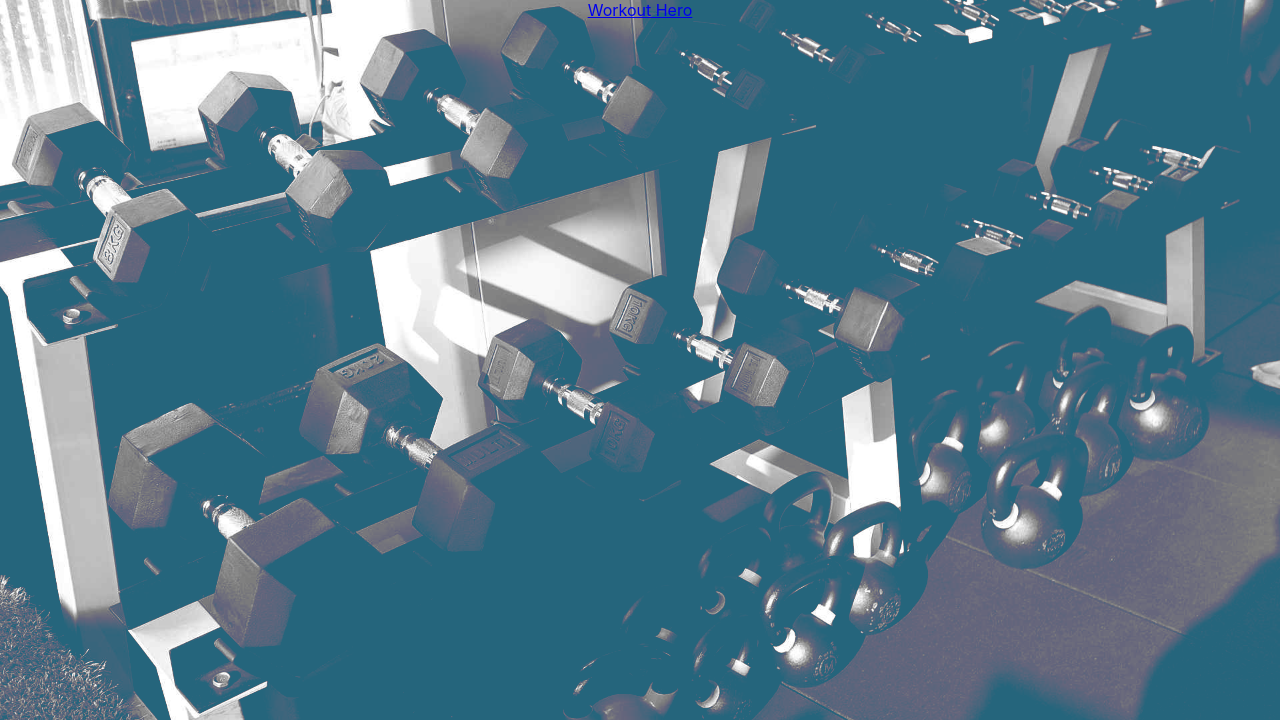
Repository: DevLuDaley/fe_react_workout_hero
Page: /
These files come from the project's save history. The page is drawn as it stood at one moment and after the next save; the edit follows.
The browser window is 1280 px wide. The pictures show the whole page.
The page's requests for data from a server got no answer. The project was rebuilt for these pictures with package versions that can differ from the ones it lists, and the page was loaded fresh each time. No one was signed in, and anything a server would have sent is missing. Also part of the build but not shown: webpack.config.js, src/actions/deleteRoutine.js, src/actions/deleteRoutineWorkout.js, src/components/RoutinesList.js, src/actions/addRoutine.js, src/forms/StyledSubmitBtns.js, src/forms/NewRoutineForm.js, src/forms/ModalNewRoutineForm.js and 12 more.

Above is the page before, as saved 2021-04-01 23:04:13.

### src/index.js
import React from 'react';
import ReactDOM from 'react-dom';
import './index.css';
import App from './App';
import reportWebVitals from './reportWebVitals';

import configureStore from './store/configureStore';
import { Provider } from 'react-redux'
import { BrowserRouter as Router } from 'react-router-dom';

const store = configureStore()

ReactDOM.render(
  <Provider store={store}>
  <Router><React.StrictMode>
  <App/>
  </React.StrictMode></Router>
  </Provider>,
  document.getElementById('root')
);

reportWebVitals();

### src/App.js
import React from 'react';
import './App.css';
import MainContainer from './containers/MainContainer'
import { Grid, Container } from '@material-ui/core';
import Header from '../src/components/Header'



function App() {
  return (
    // <Fragment>

      <Grid
        container
        direction="row"
        justify="center"
        alignItems="center"
        // border= '30px dashed rgb(248, 4, 65)'
        // backgroundColor='yellow'
      >
<Header/>
          <Container className="app-container">
            {/* APP CONTAINER */}
            <MainContainer id="main-container"/>
                {/* MAIN CONTAINER */}
          </Container>
      </Grid>

  );
}

export default App;

### src/store/configureStore.js
// import thunk from 'redux-thunk'

import { applyMiddleware, compose, createStore } from 'redux'
import thunkMiddleware from 'redux-thunk'
import { composeWithDevTools } from 'redux-devtools-extension'
// import mealsReducer from './mealsReducer'
import monitorReducersEnhancer from '../enhancers/monitorReducer'
import loggerMiddleware from '../middleware/logger'
import rootReducer from '../reducers/reducer'

export default function configureStore(preloadedState) {
  const middlewares = [loggerMiddleware, thunkMiddleware]
    //   const middlewares = [loggerMiddleware, thunk]
  const middlewareEnhancer = applyMiddleware(...middlewares)

  const enhancers = [middlewareEnhancer, monitorReducersEnhancer]
//   const composedEnhancers = compose(...enhancers)
  const composedEnhancers = composeWithDevTools(...enhancers)

  const store = createStore(rootReducer, preloadedState, composedEnhancers)

  if (process.env.NODE_ENV !== 'production' && module.hot) {
    module.hot.accept('../reducers/reducer', () => store.replaceReducer(rootReducer))
  }

  return store
}

### src/App.css
/* * { */
    /* margin: auto; */
    /* box-sizing: border-box; */

/* } */

body {
    /* border: 10px dashed rgb(248, 4, 65); */
    background-image: url('./styles/static/free-weights-gym-equipment.jpg');
    background-repeat: no-repeat,
      repeat;
    /* background-size: 3500px 2500px; */
    background-size: cover;
    background-color: #25657c;
  /* background-color: #44798c97; */
    background-blend-mode: lighten;
  /* background-blend-mode:color; */
  /* padding: 10px; */
  /* margin: 50px; */
    background-attachment: fixed;
    background-position: center;
    /* display: grid; */
    /* grid-template-columns: 1fr 1fr 1fr; */
}

.app-container {
    /* border: 10px dashed rgb(32, 4, 248); */
    /* position: absolute; */
  /* top: 50%; */
  /* left: 15%; */
    width: auto;
    height: auto;
  /* margin: -100px 0 0 -100px; */
  /* background-image: url('./styles/static/free-weights-gym-equipment.jpg'); */
    /* display: grid; */
    /* display: inline-grid; */
      /* grid-template-columns: 120px 120px 250px ; */
      /* grid-template-rows: auto auto auto auto ; */
    opacity: 95%;
    /* grid-gap: 5px 5px; */

    /* height: auto; */
    /* width: 1500px; */
    /* grid-template-columns: 1fr 1fr 1fr; */
    /* grid-template-rows: auto; */
    background: rgba(114, 186, 94, 0.05);
    /* background: rgba(161, 10, 55, 0.507); */
    /* background-attachment: fixed;
    background-position: center; */
}

/* #main-container { */
    /* padding: 250px;
    margin: 500px;
    height: auto;
    width: auto; */
    /* background: rgb(44, 22, 66); */
      /* background-color: rgba(255, 192, 203, 0.11); */

    /* opacity: 95%; */
    /* grid-gap: 50px; */
    /* border: 10px dashed rgba(8, 230, 93, 0.996); */
/* } */

/* .btns-all { */

/* } */

/* #btn-toggle-forms { */
    /* height: 15px;
    width: 100px; */
/* } */

#comp-routines-page {
  /* border: 10px dashed rgba(21, 207, 99, 0.544); */
  margin-top: 75px;
}

#page-workout-detail {
/* margin-top: 75px; */
/* border: 10px dashed rgba(215, 230, 8, 0.996); */
margin: 75px;
}

/* #routine-workout-cards { */
  /* display: grid; */
  /* display: grid; */
  /* grid-template-columns: 500px 500px; */
  /* grid-template-rows: 500px 500px; */
  /* justify-content: space-evenly; */
  /* column-gap: 10px; */
  /* border: 10px dashed rgba(230, 115, 8, 0.996); */
/* } */

#workout-detail-workout-name{
  font-size: 22px;
  background-color: #8728e551;
}


/* #workout-card { */
  /* display: grid; */
   /* border: 10px dashed rgb(23, 173, 106); */
  /* display: grid; */
  /* grid-template-columns: 500px ; */
  /* justify-content: space-evenly; */
  /* column-gap: 10px; */
/* } */


#routine-detail-workout-name {
  font-size: 22px;
  background-color: #b881f051;
}

#workoutlist-workout-info {
      /* background-color: rgba(255, 192, 203, 0.11); */
      /* display: grid; */
      /* border: 10px dashed rgb(232, 145, 30); */
      /* padding: 2%; */
       /* justify-content: space-evenly; */
       /* justify-content: space-around; */
       /* justify-content: center; */
         /* align-content: center; */
         /* text-align: center; */
         /* grid-template-columns: auto auto auto auto;  */
         /* grid-template-columns: 300px ;  */

           /* grid-template-areas:  */
    /* 'data data data data btn-edit btn-delete'; */
  /* grid-column-gap: 10px; - if you want gap between the columns */

}

#workout-info {
  /* background-color: #d5b9f029; */
  font-size: 17px;
  color:rgba(40, 15, 4, 0.737);
  font-weight: bold;
  text-align: center;
  /* background-color: rgba(226, 226, 132, 0.75); */
  display: grid;
  padding: 1%;
  /* grid-template-columns: auto auto auto auto auto auto auto auto; */
  /* justify-content: space-evenly;2 */
}

/* .routine-detail-page-btn{ */
  /* background:violet; */
  /* max-width: 80px; */
  /* max-height: 80px; */
    /* grid-row: 3 / 3; */
  /* width: auto; */
           /* grid-column: 1 / 3;
            */
              /* grid-column: 1 / span 1; */

/* } */

#wrapper-btns-routine-workout {
  /* border: 10px dashed rgba(11, 224, 68, 0.822); */
  background-color: #8728e551;
  /* opacity: 80%; */
  display: grid;
  /* padding: 5%; */
  grid-template-columns: 120px 120px;
  justify-content: space-evenly;
}

#wrapper-btn-delete-workout {
        /* border: 10px dashed rgba(224, 206, 11, 0.822); */
        /* background-color: #8728e551; */
          background-color: #8728e551;
        /* opacity: 80%; */
        display: grid;
        padding: 2%;
        grid-template-columns:auto;
        justify-content: space-evenly;
}

#routines-list {
  background-color: rgba(255, 192, 203, 0.11);
  display: grid;
  /* grid-template-columns: auto; */
  /* grid-template-columns: auto auto; */
  grid-template-columns: 650px;
  /* grid-template-rows: 250px; */
  /* grid-template-rows: auto; */
  padding: 30px;
          justify-content: space-evenly;

}

.workout-names {
  font-size: 17px;
  color:rgba(40, 15, 4, 0.737);
  font-weight: bold;
    padding: 50px;
    margin: 50px;
    height: auto;
    width: auto;
    padding-top: 50px;
    padding-bottom: 50px;
    /* background-color: rgba(114, 68, 156, 0.593); */
    /* background-color: rgba(100, 84, 115, 0.593); */
  /* /* display: grid;
    grid-template-columns: auto auto; */
}



/* .all-routine-edit-btns { */
    /* font-size: 13px; */
/* } */

.routine-names {
    /* color: rgba(222, 73, 85, 0.49); */
    color: rgb(55, 167, 204);
    font-size: 20px;
    text-align: left;
    display: grid;
    grid-template-columns: auto auto 50px;
    grid-template-rows: auto auto 10px;
    justify-content: space-evenly;

}

.routine-name-wrapper {
    /* background-color: rgb(10, 25, 43); */
    background-color: rgba(43, 10, 30, 0.713);
    display: grid;
    padding: 1px;
    margin: 3px;
    grid-column-gap: 1em;
    grid-template-columns: auto auto ;
    justify-content: space-evenly;
    opacity: 70%;
}

/* .routine-workout-block { */
    /* grid-template-columns: 25% 10px 10px auto;
    grid-template-rows: 25% auto; */
/* } */

.routine-workout-list {
    display: grid;
    /* display: none; */
    grid-template-columns: auto  ;
    /* grid-template-rows: auto auto auto auto auto; */
    padding: 2;
    border: 2px solid pink;
    border-radius: 5px;
    padding: 5px;

}


/* #routines-container { */
    /* background: rgb(45, 59, 87) */
/* } */


input {
       background: #b9aaaa61;
}

::placeholder { /* Chrome, Firefox, Opera, Safari 10.1+ */
  color: black;
  opacity: 1; /* Firefox */
}

:-ms-input-placeholder { /* Internet Explorer 10-11 */
  color: black;
}

::-ms-input-placeholder { /* Microsoft Edge */
  color: black;
}

.hidden {
    display: none;
}
/*
.shown {
    display: block;
    margin-left: auto;
    margin-right: auto;
    opacity: 0.87; */
/* } */

.delete-workout-link {
    color: red;
}

.workout-list {
    background-color: #25657c;
}

#new-routine-container {
    background-color: rgb(44, 22, 66);
}

#new-routine-form>label {
    /* color: rgb(139, 139, 89); */
    /* color: darkmagenta; */
    color: rgba(139, 0, 139, 0.685);
    /* color: rgba(238, 69, 196, 0.452);; */
}

#new-routine-form {
  /* margin:auto; */
    /* text-align: center; */
    display: grid;
    grid-template-columns: auto 180px auto 240px;
}

.input-text {
    background-color: #25657c;
    color: rgb(87, 31, 40);
}

#app-title {
    color: rgb(55, 167, 204);
    font-size: 30px;
    /* position: center; */
    text-align: center
}

.edit-forms {
    padding: 10px;
    border: 2px dotted rgb(27, 44, 27);
    border-radius: 5px;
}

.edit-btns {
  /* background-color: #008bbaa7; Green */
  /* background-color: #05728ac4; Green */
  background-color: #1495b2cb; /* Green */
  border: none;
  color: white;
  padding: 15px 32px;
  text-align: center;
  text-decoration: none;
  display: inline-block;
  font-size: 12px;
  padding: 10px 24px;
  border-radius: 12px;
  /* transition-duration: 0.4s; */
  transition: background 0.4s ease-in-out;
  /* box-shadow: 0 12px 16px 0 rgba(0,0,0,0.24),0 17px 50px 0 rgba(0,0,0,0.19); */
}

.edit-btns:hover {
    background-color: #0abee7db; /* Green */
  /* background-color: #05728ac4; Green */
  /* background-color: #36c4b6c4; Green */
  /* background-color: #96a3965a; Green */
  color: white;
}


.delete-btns {
  background-color: #be615ab8;
  border: none;
  color: white;
  padding: 15px 32px;
  text-align: center;
  text-decoration: none;
  display: inline-block;
  font-size: 12px;
  padding: 10px 24px;
  border-radius: 12px;
  /* transition-duration: 0.4s; */
  transition: background 0.4s ease-in-out;
  /* opacity: .75; */
  /* box-shadow: 0 12px 16px 0 rgba(0,0,0,0.24),0 17px 50px 0 rgba(0,0,0,0.19); */
}

.delete-btns:hover {
  /* background-color: #ff291aa9; */
  /* background-color: #d11e12b3;*/
  background-color: #f2483cc4;
  color: white;
  opacity: 1
}


.submit-btns {
  /* background-color: #77d78fbc; */
  background-color: rgba(139, 0, 139, 0.507);
  border: none;
  color: white;
  padding: 15px 32px;
  text-align: center;
  text-decoration: none;
  display: inline-block;
  font-size: 12px;
  padding: 10px 24px;
  border-radius: 12px;
  transition-duration: 0.4s;
  transition: background 0.4s ease-in-out;
  /* box-shadow: 0 12px 16px 0 rgba(0,0,0,0.24),0 17px 50px 0 rgba(0,0,0,0.19); */
}

.submit-btns:hover {
  background-color: rgba(204, 7, 204, 0.616);

  /* background-color: #41f26dcb; */
  /* background-color: #d11e12b3; */
  color: white;
}


.floating-nav-btns {
  /* background-color: #d7ca779c; */
  /* background-color: #f4e1d2; */
  /* background-color: #618685; */
  background-color: #a27ec6e4;
  border: none;
  color: white;
  padding: 15px 32px;
  text-align: center;
  text-decoration: none;
  display: inline-block;
  font-size: 12px;
  padding: 10px 24px;
  border-radius: 12px;
  transition-duration: 0.4s;
  transition: background 0.4s ease-in-out;
  /* box-shadow: 0 12px 16px 0 rgba(0,0,0,0.24),0 17px 50px 0 rgba(0,0,0,0.19); */
}



.floating-nav-btns:hover {
  /* background-color: #f7e255a9; */
  /* background-color: #43bcb8da; */
  background-color: #b076eb;
  /* background-color: #d11e12b3; */
  color: white;
}

.routine-workout-name-block{
  background-color: #bda5d5be;
    /* grid:  ; */
      float: center;
  /* width: 50%; */
  /* height: 25%; */
  padding: 10px;
  margin: 5px;
  text-align: center;
  display: grid;
    grid-template-columns: 80px 200px 80px;
}

.delete-workout{
    /* position: relative; */
    float: center;
  /* right: 190px; */
    /* center: 0px; */
    /* width: 300px; */
  /* border: 3px solid #73AD21; */
  /* padding: 10px; */
}

.workout-page-floating-links{
    display: grid;
    grid-template-columns: 40px 240px auto;

    /* grid-column-gap: 50px; */
      /* grid-gap: 50px 100px; */

    /* padding: 10px; */
    /* margin: 200px; */

    /* width: 25%;
  float: left; */
}

.routine-detail-page{
    display: grid;
    /* grid-template-columns: 80px 240px auto 40px; */
    padding: 50px;
    /* margin: 50px; */
    position: relative;
  }

    /* #update-routine-form{ */
    /* position: relative; */
    /* display: grid; */
    /* grid-template-columns: 10px 220px 220px; */
/* } */

#new-routine-workout-form {
    /* text-align: center; */
    display: grid;
    grid-template-columns: auto 170px auto 170px auto 170px auto 170px 130px;
}

#update-workout-form {
    /* text-align: center; */
    display: grid;
    grid-template-columns: auto 170px auto 170px auto 170px auto 170px 130px;
}

### src/containers/MainContainer.js
import React, { Component } from 'react';
// import {Route, Switch} from 'react-router-dom'

import {  Box } from '@material-ui/core';


import RoutinesContainer from './RoutinesContainer'
import WorkoutsContainer from './WorkoutsContainer'
import Header from '../components/Header'


class MainContainer extends Component {
    // constructor(props) {
    //     super(props);
    // }
    render() {
        return (
            <Box>

                {/* <Header/> */}
                <RoutinesContainer routines={this.props.routines}/>
                {/* ROUTINES CONTAINER */}

                <WorkoutsContainer routines={this.props.workouts}/>
                {/* WORKOUTS CONTAINER */}

            </Box> );

    }
}
export default MainContainer;

### src/components/Header.js
import React from 'react';
import { Switch, Link } from 'react-router-dom'
import ModalNewRoutineForm from '../forms/ModalNewRoutineForm'
const Header = () => {
    return (
        <>
        <div className="header">
          <a href="/" className="logo">Workout Hero</a>
          <div className="header-right">
            {/* <a class="active" href="#home">Home</a>
            <a href="#contact">Contact</a>
            <a href="#about">About</a> */}

             {/* <Switch>
                <Link
                    to={'/routines'}>
                    <button
                        className='floating-nav-btns'> Return to Routines
                    </button>
                </Link>
            </Switch> */}



          {/* <ModalNewRoutineForm/> */}
          </div>
        </div>
        </>
      );
}
export default Header;

### src/enhancers/monitorReducer.js
const round = number => Math.round(number * 100) / 100

const monitorReducerEnhancer = createStore => (
  reducer,
  initialState,
  enhancer
) => {
  const monitoredReducer = (state, action) => {
    const start = performance.now()
    const newState = reducer(state, action)
    const end = performance.now()
    const diff = round(end - start)

    console.log('reducer process time:', diff)

    return newState
  }

  return createStore(monitoredReducer, initialState, enhancer)
}

export default monitorReducerEnhancer

### src/reducers/reducer.js
import { combineReducers } from 'redux';
import routinesReducer from './routinesReducer'
import workoutsReducer from './workoutsReducer'

const rootReducer = combineReducers({
    routinesReducer, workoutsReducer
})

export default rootReducer

### src/actions/fetchRoutines.js
export function fetchRoutines() {
    // ! thunk allows us to use dispatch here
    // ! bring in dispatch so that we can async if not the connect will handle synchronously

    // const WH_URL = process.env.REACT_APP_WH_URL;
    const WH_URL = process.env.REACT_APP_WH_URL;
    // console.log('🚀 ~ file: fetchRoutines.js ~ line 7 ~ fetchRoutines ~ WH_URL', WH_URL);

    // console.log('🚀 ~ file: fetchRoutines.js ~ line 7 ~ fetchRoutines ~ process.env', process.env);
    // const REACT_APP_NOT_SECRET_CODE = process.env.REACT_APP_NOT_SECRET_CODE
    // fetch('https://be-hoop-drills.herokuapp.com/api/v1/routines'
    return(dispatch) => {
        // fetch('http://localhost:3000/api/v1/routines',
        // fetch('https://be-workout-hero.herokuapp.com/api/v1/routines',
        // fetch('https://be-workout-hero2.herokuapp.com/api/v1/routines',
        fetch(`${WH_URL}/api/v1/routines`,
        {
            headers: {
                "Content-Type": "application/json",
                "Accept": "application/json"
            },
        })
        .then(resp => resp.json())
        .then(data => dispatch({
            type: 'FETCH_ROUTINES', payload: data
        }))
    }

// .then(jsonResponse =>
//   console.log('App -> componentDidMount -> jsonResponse', jsonResponse))
}

// return action.payload
// export fetchRoutines

### src/actions/fetchWorkouts.js
export function fetchWorkouts() {
    const WH_URL = process.env.REACT_APP_WH_URL;

    return(dispatch) => {
        // fetch('https://be-hoop-drills.herokuapp.com/api/v1/workouts'
        // fetch('http://localhost:3000/api/v1/workouts',
        // fetch('https://be-workout-hero2.herokuapp.com/api/v1/workouts',
        fetch(`${WH_URL}/api/v1/workouts`,
        {
            headers: {
                "Content-Type": "application/json",
                "Accept": "application/json"
            },
        })
        .then(resp => resp.json())
        .then(data => dispatch({
            type: 'FETCH_WORKOUTS', payload: data
        }))
    }

// .then(jsonResponse =>
//   console.log('App -> componentDidMount -> jsonResponse', jsonResponse))
}

// return action.payload
// export fetchWorkouts

### src/containers/RoutinesPage.js
import React, { Component } from 'react'

import Container from '@material-ui/core/Container';


import RoutinesList from '../components/RoutinesList';
import NewRoutineForm from '../forms/NewRoutineForm';
// import Popup from 'reactjs-popup';
import ModalNewRoutineForm from '../forms/ModalNewRoutineForm'
// import 'reactjs-popup/dist/index.css';


class RoutinesPage extends Component {
    constructor(props) {
        // console.log('🚀 ~ file: RoutinesPage.js ~ line 11 ~ RoutinesPage ~ constructor ~ props', props);
        super(props)
        this.state = {routines: [], workouts: []}
    }

  render() {
            return (
            <>
                    {/* <OldRoutineForm routines={this.props.routines}/> */}
                <Container maxWidth="lg" id="component-routines-page">
                    {/* <ModalNewRoutineForm/> */}
                    {/* <Popup
                    trigger={
                        <button> Trigger</button>
                        }
                    position="left center"
                    >
                        <div>
                        <NewRoutineForm routines={this.props.routines}/>
                        </div>
                    </Popup> */}

                    {/* <NewRoutineForm routines={this.props.routines}/> */}

               <div id='container-all-routines'>
                    {
                        this.props.routines && this.props.workouts ?
                            <Container maxWidth="lg" id="routines-list">
                                <RoutinesList routines={this.props.routines} workouts={this.props.workouts}/>
                            </Container>
                        : null
                    }
               </div>
                </Container>
            </>
            );
    }
}
export default RoutinesPage;

Loaded but not shown: public/index.html (common file); src/index.css (common file); src/reportWebVitals.js (common file); src/middleware/logger.js (common file); src/reducers/routinesReducer.js (93 lines, source omitted); src/containers/WorkoutsContainer.js (100 lines, source omitted); src/reducers/workoutsReducer.js (52 lines, source omitted); src/containers/RoutinesContainer.js (71 lines, source omitted)

After the next save:
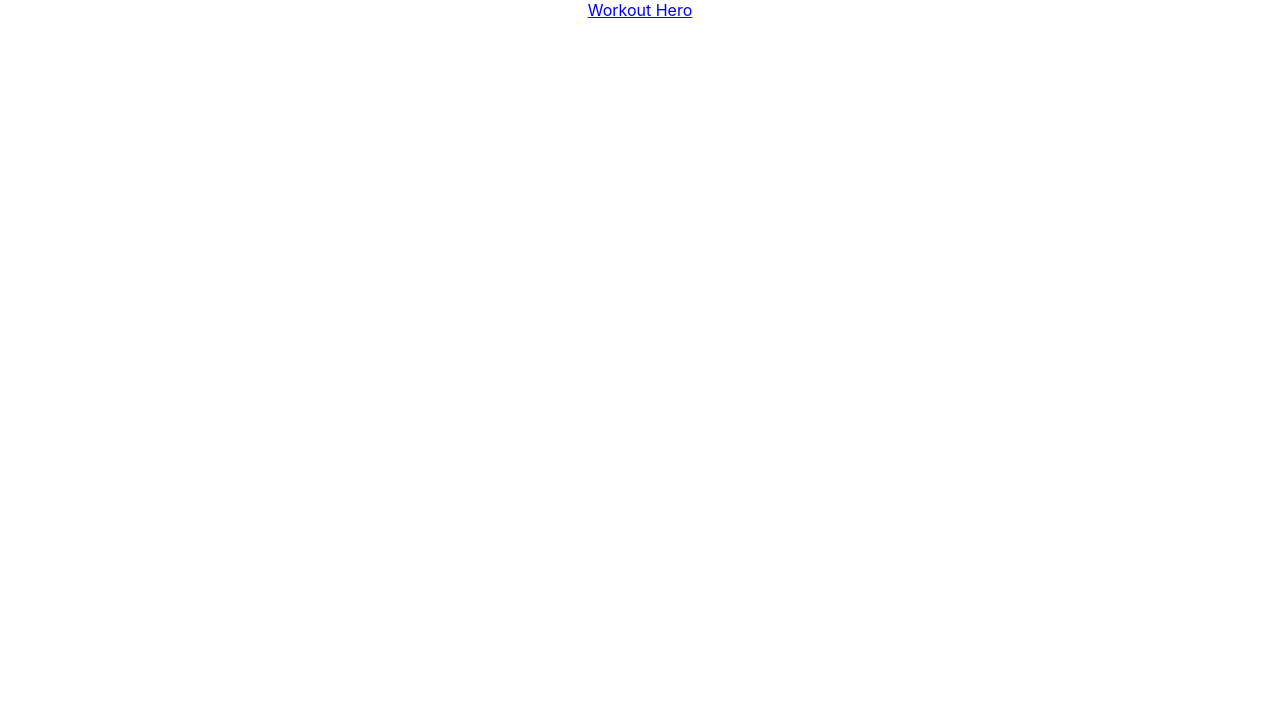
Saved 4 min 46 s later.
--- a/src/App.js
+++ b/src/App.js
@@ -1,5 +1,5 @@
 import React from 'react';
-import './App.css';
+// import './App.css';
 import MainContainer from './containers/MainContainer'
 import { Grid, Container } from '@material-ui/core';
 import Header from '../src/components/Header'

After the save that followed:
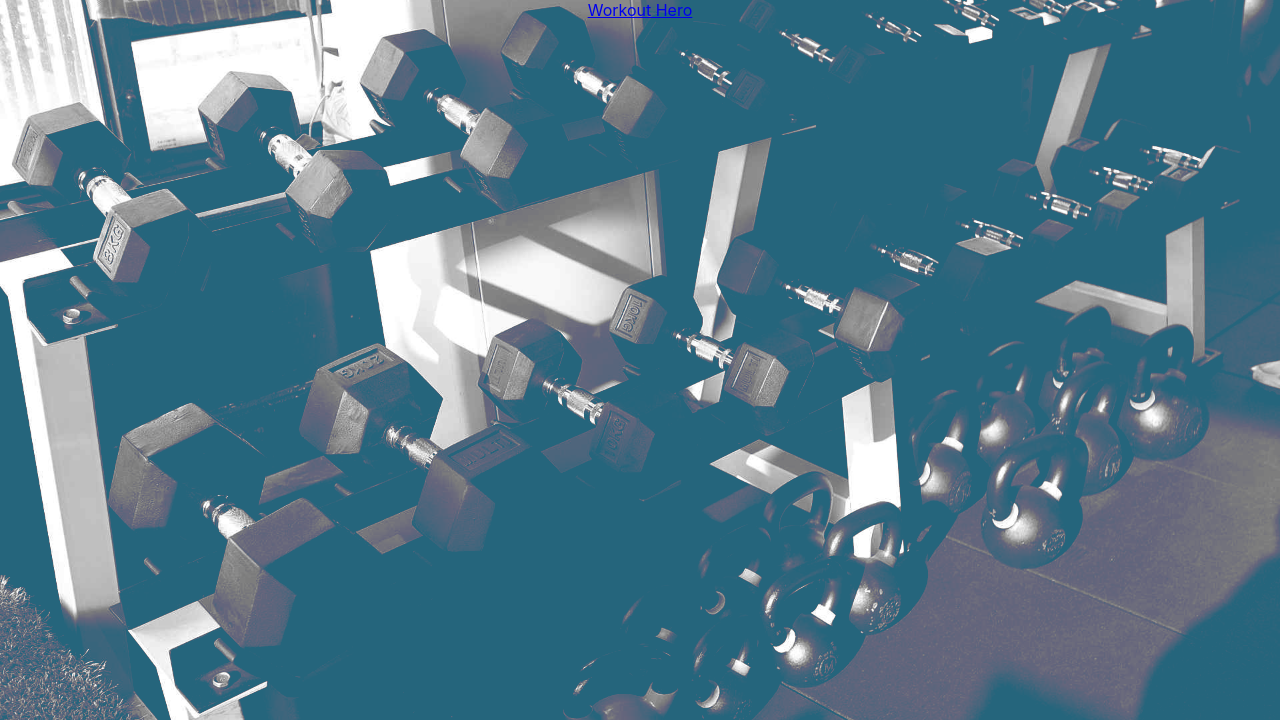
Saved 38 s later.
--- a/src/App.js
+++ b/src/App.js
@@ -1,5 +1,5 @@
 import React from 'react';
-// import './App.css';
+import './App.css';
 import MainContainer from './containers/MainContainer'
 import { Grid, Container } from '@material-ui/core';
 import Header from '../src/components/Header'
